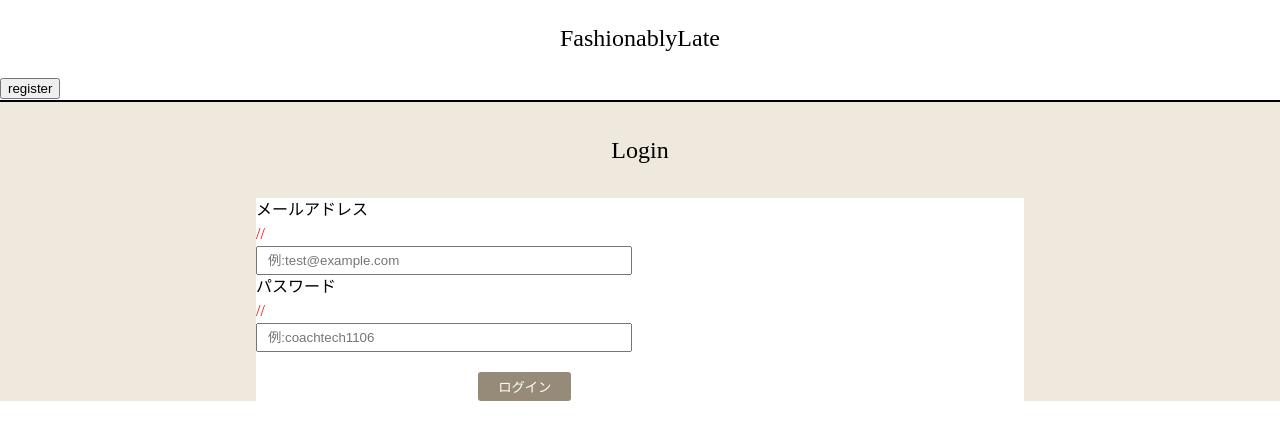
Repository: mayu-ya/test_form
Page: http://localhost/
An editor plug-in stored every save of this project. The page is shown before and after the next save, followed by the edit.
The browser window is 1280 px wide. The pictures show the whole page.
The page is served by the project's Laravel application, run on PHP 8.4 with Laravel 8. Other server files are loaded and not shown.

Above is the page before, as saved 2026-01-17 16:51:04.

### src/routes/web.php
<?php

use Illuminate\Support\Facades\Route;
use App\Http\Controllers\ContactController;

/*
|--------------------------------------------------------------------------
| Web Routes
|--------------------------------------------------------------------------
|
| Here is where you can register web routes for your application. These
| routes are loaded by the RouteServiceProvider within a group which
| contains the "web" middleware group. Now create something great!
|
*/

Route::get('/', [ContactController::class, 'index']);

### src/app/Http/Controllers/ContactController.php
<?php

namespace App\Http\Controllers;

use Illuminate\Http\Request;

class ContactController extends Controller
{
    public function index()
    {
        return view('auth.login');
    }
}

### src/resources/views/auth/login.blade.php
@extends('layouts.app')

@section('css')
<link rel="stylesheet" href="{{ asset('css/login.css') }}">
@endsection

@section('header')
<nav class="header">
    <form action="">
        <button class="header__button">register</button>
    </form>
</nav>
@endsection

@section('content')
<div class="content">
    <div class="title">
        <h2 class="title-h">Login</h2>
    </div>

    <form class="form">
        <div class="form__item">
            <div class="form__group">
                <div class="form__group-title">
                    <span class="form__goup-title-span">メールアドレス</span>
                </div>
                <div class="form__error">
                    //
                </div>
                <div class="form__group-input">
                    <input type="email" class="form__group-unput-item" name="email" placeholder="例:test@example.com" value="">
                </div>
            </div>

            <div class="form__group">
                <div class="form__group-title">
                    <span class="form__goup-title-span">パスワード</span>
                </div>
                <div class="form__error">
                    //
                </div>
                <div class="form__group-input">
                    <input type="password" class="form__group-unput-item" name="password" placeholder="例:coachtech1106" value="">
                </div>
            </div>

            <div class="form__button">
                <button class="form__button-submit">ログイン</button>
            </div>
        </div>
    </form>
</div>
@endsection

### src/resources/views/layouts/app.blade.php
<!DOCTYPE html>
<html lang="ja">
<head>
    <meta charset="UTF-8">
    <meta name="viewport" content="width=device-width, initial-scale=1.0">
    <title>FashionablyLate</title>
    <link rel="stylesheet" href="{{ asset('css/common.css') }}">
    <link rel="stylesheet" href="{{ asset('css/sanitize.css') }}">
    @yield('css')
</head>
<body>
    <header class="header">
        <div class="header-title">
            <div class="header-title__item">FashionablyLate</div>
        </div>
        @yield('header')
    </header>

    <main>
        @yield('content')
    </main>
</body>
</html>

### src/public/css/common.css
.header{
    border-bottom: 1px solid #000;
}

.header-title {
    margin: 0 auto;
    padding: 20px 15px;
    max-width: 1230px;
}

.header-title__item {
    font-size: 24px;
    text-align: center;
}

### src/public/css/sanitize.css
/* Document
* ========================================================================== */

/**
* Add border box sizing in all browsers (opinionated).
*/

*,
::before,
::after {
  box-sizing: border-box;
}

/**
* 1. Add text decoration inheritance in all browsers (opinionated).
* 2. Add vertical alignment inheritance in all browsers (opinionated).
*/

::before,
::after {
  vertical-align: inherit;
  /* 2 */
  text-decoration: inherit;
  /* 1 */
}

/**
* 1. Use the default cursor in all browsers (opinionated).
* 2. Change the line height in all browsers (opinionated).
* 3. Use a 4-space tab width in all browsers (opinionated).
* 4. Remove the grey highlight on links in iOS (opinionated).
* 5. Prevent adjustments of font size after orientation changes in
*    IE on Windows Phone and in iOS.
* 6. Breaks words to prevent overflow in all browsers (opinionated).
*/

html {
  word-break: break-word;
  /* 6 */
  -moz-tab-size: 4;
  /* 3 */
  tab-size: 4;
  /* 3 */
  line-height: 1.5;
  /* 2 */
  cursor: default;
  /* 1 */

  -webkit-tap-highlight-color: transparent
    /* 4 */
  ;
  -ms-text-size-adjust: 100%;
  /* 5 */
  -webkit-text-size-adjust: 100%;
  /* 5 */
}

/* Sections
* ========================================================================== */

/**
* Remove the margin in all browsers (opinionated).
*/

body {
  margin: 0;
}

/**
* Correct the font size and margin on `h1` elements within `section` and
* `article` contexts in Chrome, Edge, Firefox, and Safari.
*/

h1 {
  margin: 0.67em 0;
  font-size: 2em;
}

/* Grouping content
* ========================================================================== */

/**
* Remove the margin on nested lists in Chrome, Edge, IE, and Safari.
*/

dl dl,
dl ol,
dl ul,
ol dl,
ul dl {
  margin: 0;
}

/**
* Remove the margin on nested lists in Edge 18- and IE.
*/

ol ol,
ol ul,
ul ol,
ul ul {
  margin: 0;
}

/**
* 1. Add the correct sizing in Firefox.
* 2. Show the overflow in Edge 18- and IE.
*/

hr {
  overflow: visible;
  /* 2 */
  height: 0;
  /* 1 */
}

/**
* Add the correct display in IE.
*/

main {
  display: block;
}

/**
* Remove the list style on navigation lists in all browsers (opinionated).
*/

nav ol,
nav ul {
  padding: 0;
  list-style: none;
}

/**
* 1. Correct the inheritance and scaling of font size in all browsers.
* 2. Correct the odd `em` font sizing in all browsers.
*/

pre {
  font-size: 1em;
  /* 2 */
  font-family: monospace, monospace;
  /* 1 */
}

/* Text-level semantics
* ========================================================================== */

/**
* Remove the gray background on active links in IE 10.
*/

a {
  background-color: transparent;
}

/**
* Add the correct text decoration in Edge 18-, IE, and Safari.
*/

abbr[title] {
  text-decoration: underline;
  text-decoration: underline dotted;
}

/**
* Add the correct font weight in Chrome, Edge, and Safari.
*/

b,
strong {
  font-weight: bolder;
}

/**
* 1. Correct the inheritance and scaling of font size in all browsers.
* 2. Correct the odd `em` font sizing in all browsers.
*/

code,
kbd,
samp {
  font-size: 1em;
  /* 2 */
  font-family: monospace, monospace;
  /* 1 */
}

/**
* Add the correct font size in all browsers.
*/

small {
  font-size: 80%;
}

/* Embedded content
* ========================================================================== */

/*
* Change the alignment on media elements in all browsers (opinionated).
*/

audio,
canvas,
iframe,
img,
svg,
video {
  vertical-align: middle;
}

/**
* Add the correct display in IE 9-.
*/

audio,
video {
  display: inline-block;
}

/**
* Add the correct display in iOS 4-7.
*/

audio:not([controls]) {
  display: none;
  height: 0;
}

/**
* Remove the border on iframes in all browsers (opinionated).
*/

iframe {
  border-style: none;
}

/**
* Remove the border on images within links in IE 10-.
*/

img {
  border-style: none;
}

/**
* Change the fill color to match the text color in all browsers (opinionated).
*/

svg:not([fill]) {
  fill: currentColor;
}

/**
* Hide the overflow in IE.
*/

svg:not(:root) {
  overflow: hidden;
}

/* Tabular data
* ========================================================================== */

/**
* Collapse border spacing in all browsers (opinionated).
*/

table {
  border-collapse: collapse;
}

/* Forms
* ========================================================================== */

/**
* Remove the margin on controls in Safari.
*/

button,
input,
select {
  margin: 0;
}

/**
* 1. Show the overflow in IE.
* 2. Remove the inheritance of text transform in Edge 18-, Firefox, and IE.
*/

button {
  overflow: visible;
  /* 1 */
  text-transform: none;
  /* 2 */
}

/**
* Correct the inability to style buttons in iOS and Safari.
*/

button,
[type="button"],
[type="reset"],
[type="submit"] {
  -webkit-appearance: button;
}

/**
* 1. Change the inconsistent appearance in all browsers (opinionated).
* 2. Correct the padding in Firefox.
*/

fieldset {
  padding: 0.35em 0.75em 0.625em;
  /* 2 */
  border: 1px solid #a0a0a0;
  /* 1 */
}

/**
* Show the overflow in Edge 18- and IE.
*/

input {
  overflow: visible;
}

/**
* 1. Correct the text wrapping in Edge 18- and IE.
* 2. Correct the color inheritance from `fieldset` elements in IE.
*/

legend {
  display: table;
  /* 1 */
  max-width: 100%;
  /* 1 */
  color: inherit;
  /* 2 */
  white-space: normal;
  /* 1 */
}

/**
* 1. Add the correct display in Edge 18- and IE.
* 2. Add the correct vertical alignment in Chrome, Edge, and Firefox.
*/

progress {
  display: inline-block;
  /* 1 */
  vertical-align: baseline;
  /* 2 */
}

/**
* Remove the inheritance of text transform in Firefox.
*/

select {
  text-transform: none;
}

/**
* 1. Remove the margin in Firefox and Safari.
* 2. Remove the default vertical scrollbar in IE.
* 3. Change the resize direction in all browsers (opinionated).
*/

textarea {
  overflow: auto;
  /* 2 */
  margin: 0;
  /* 1 */
  resize: vertical;
  /* 3 */
}

/**
* Remove the padding in IE 10-.
*/

[type="checkbox"],
[type="radio"] {
  padding: 0;
}

/**
* 1. Correct the odd appearance in Chrome, Edge, and Safari.
* 2. Correct the outline style in Safari.
*/

[type="search"] {
  outline-offset: -2px;
  /* 2 */

  -webkit-appearance: textfield;
  /* 1 */
}

/**
* Correct the cursor style of increment and decrement buttons in Safari.
*/

::-webkit-inner-spin-button,
::-webkit-outer-spin-button {
  height: auto;
}

/**
* Correct the text style of placeholders in Chrome, Edge, and Safari.
*/

::-webkit-input-placeholder {
  color: inherit;
  opacity: 0.54;
}

/**
* Remove the inner padding in Chrome, Edge, and Safari on macOS.
*/

::-webkit-search-decoration {
  -webkit-appearance: none;
}

/**
* 1. Correct the inability to style upload buttons in iOS and Safari.
* 2. Change font properties to `inherit` in Safari.
*/

::-webkit-file-upload-button {
  font: inherit;
  /* 2 */

  -webkit-appearance: button;
  /* 1 */
}

/**
* Remove the inner border and padding of focus outlines in Firefox.
*/

::-moz-focus-inner {
  padding: 0;
  border-style: none;
}

/**
* Restore the focus outline styles unset by the previous rule in Firefox.
*/

:-moz-focusring {
  outline: 1px dotted ButtonText;
}

/**
* Remove the additional :invalid styles in Firefox.
*/

:-moz-ui-invalid {
  box-shadow: none;
}

/* Interactive
* ========================================================================== */

/*
* Add the correct display in Edge 18- and IE.
*/

details {
  display: block;
}

/*
* Add the correct styles in Edge 18-, IE, and Safari.
*/

dialog {
  position: absolute;
  right: 0;
  left: 0;
  display: block;
  margin: auto;
  padding: 1em;
  width: -moz-fit-content;
  width: -webkit-fit-content;
  width: fit-content;
  height: -moz-fit-content;
  height: -webkit-fit-content;
  height: fit-content;
  border: solid;
  background-color: white;
  color: black;
}

dialog:not([open]) {
  display: none;
}

/*
* Add the correct display in all browsers.
*/

summary {
  display: list-item;
}

/* Scripting
* ========================================================================== */

/**
* Add the correct display in IE 9-.
*/

canvas {
  display: inline-block;
}

/**
* Add the correct display in IE.
*/

template {
  display: none;
}

/* User interaction
* ========================================================================== */

/*
* 1. Remove the tapping delay in IE 10.
* 2. Remove the tapping delay on clickable elements
in all browsers (opinionated).
*/

a,
area,
button,
input,
label,
select,
summary,
textarea,
[tabindex] {
  -ms-touch-action: manipulation;
  /* 1 */
  touch-action: manipulation;
  /* 2 */
}

/**
* Add the correct display in IE 10-.
*/

[hidden] {
  display: none;
}

/* Accessibility
* ========================================================================== */

/**
* Change the cursor on busy elements in all browsers (opinionated).
*/

[aria-busy="true"] {
  cursor: progress;
}

/*
* Change the cursor on control elements in all browsers (opinionated).
*/

[aria-controls] {
  cursor: pointer;
}

/*
* Change the cursor on disabled, not-editable, or otherwise
* inoperable elements in all browsers (opinionated).
*/

[aria-disabled="true"],
[disabled] {
  cursor: not-allowed;
}

/*
* Change the display on visually hidden accessible elements
* in all browsers (opinionated).
*/

[aria-hidden="false"][hidden] {
  display: initial;
}

[aria-hidden="false"][hidden]:not(:focus) {
  position: absolute;
  clip: rect(0, 0, 0, 0);
}

### src/public/css/login.css


.content {
    max-width: 1536px;
    background: #efe8dd;
}

.title {
    text-align: center;
    padding: 30px 0;
}

.title-h {
    text-align: center;
    font-weight: lighter;
    margin: 0;
}

.form {
    justify-content: center;
    align-items: center;
    margin: 0 auto;
    background: white;
    width: 60%;
}

.form__item {
    width: 70%;
    align-items: center;
}

.form__goup-title-span {
    text-align: left;
}

.form__error {
    color: red;
}

.form__group-input {
    width: 70%;
}

.form__group-unput-item {
    width: 100%;
    padding: 5px 10px;
}

.form__button {
    margin: 20px 0;
    text-align: center;
}

.form__button-submit {
    padding: 5px 20px;
    background: #968b79;
    color: white;
    border-radius: 3px;
    border: none;
    cursor: pointer;
}

Loaded but not shown: src/app/Http/Controllers/Controller.php (common file)

After the next save:
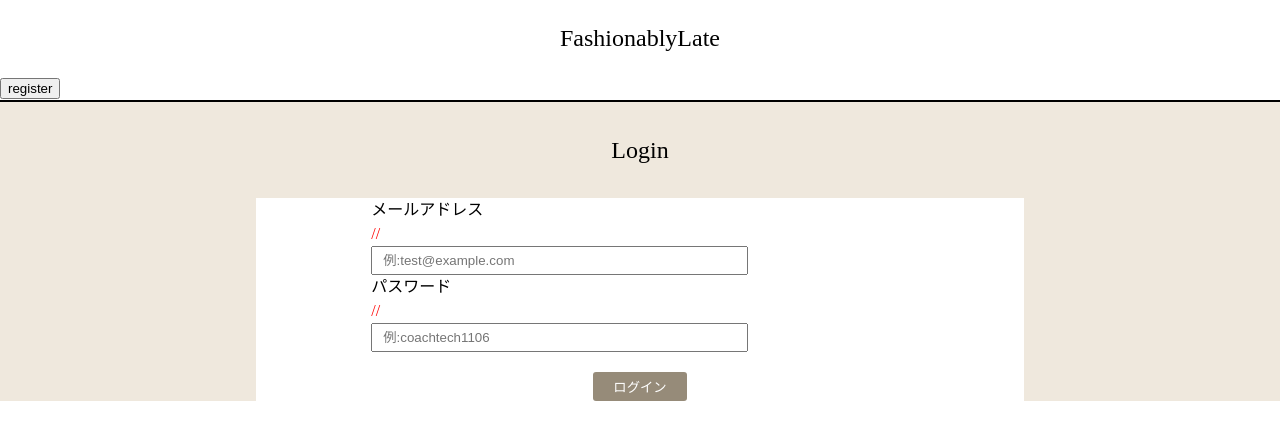
Saved 49 s later.
--- a/src/public/css/login.css
+++ b/src/public/css/login.css
@@ -26,7 +26,7 @@
 
 .form__item {
     width: 70%;
-    align-items: center;
+    margin: 0 auto;
 }
 
 .form__goup-title-span {
